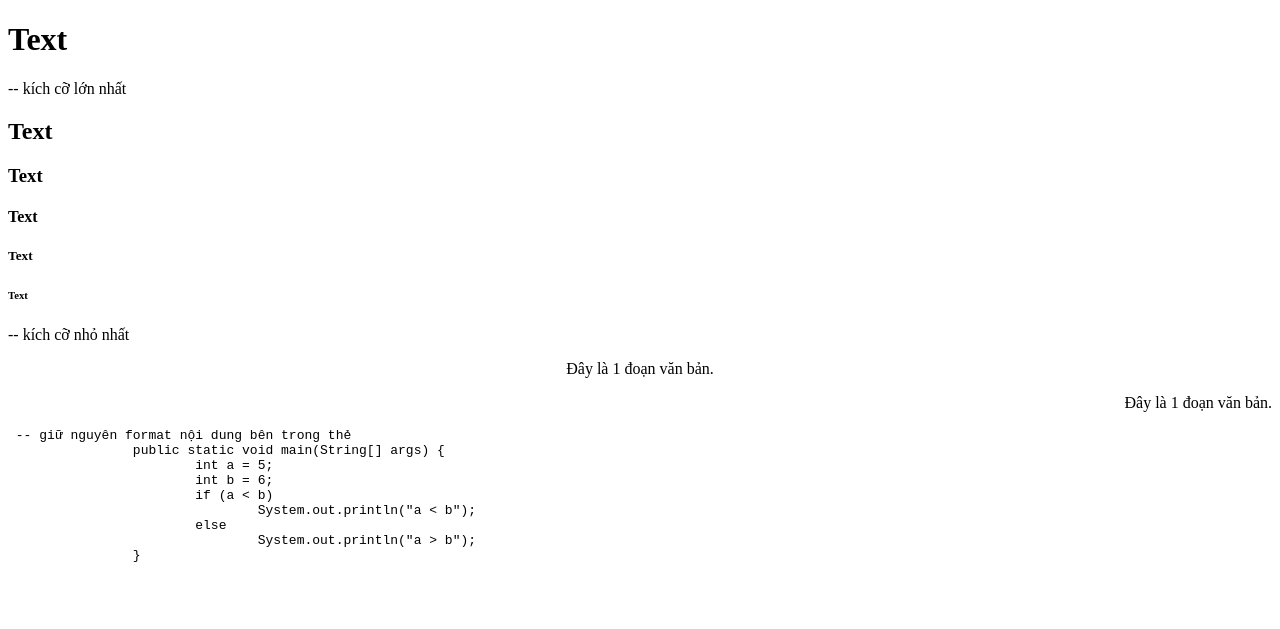
Repository: PhiKhongHoang/JSP-Servlet
Page: Bai2_HTML/src/main/webapp/vidu.html
The author's editor kept a copy of each file at every save. The page is drawn from the files as they stood at one save, then again after the next save.
The browser window is 1280 px wide. The pictures show the whole page.

Above is the page before, as saved 2024-02-16 08:33:09.

### Bai2_HTML/src/main/webapp/vidu.html
<!DOCTYPE html>
<html>
<head>
<meta charset="UTF-8">
<title>Insert title here</title>
</head>
<body>
	<h1>Text</h1>
	-- kích cỡ lớn nhất
	<h2>Text</h2>
	<h3>Text</h3>
	<h4>Text</h4>
	<h5>Text</h5>
	<h6>Text</h6>
	-- kích cỡ nhỏ nhất

	<p align="center">Đây là 1 đoạn văn bản.</p>
	<p align="right">Đây là 1 đoạn văn bản.</p>

	<pre> -- giữ nguyên format nội dung bên trong thẻ
		public static void main(String[] args) {
			int a = 5;
			int b = 6;
			if (a &lt; b)
				System.out.println("a &lt; b");
			else
				System.out.println("a &gt; b");
		}
	</pre>

</body>
</html>

After the next save:
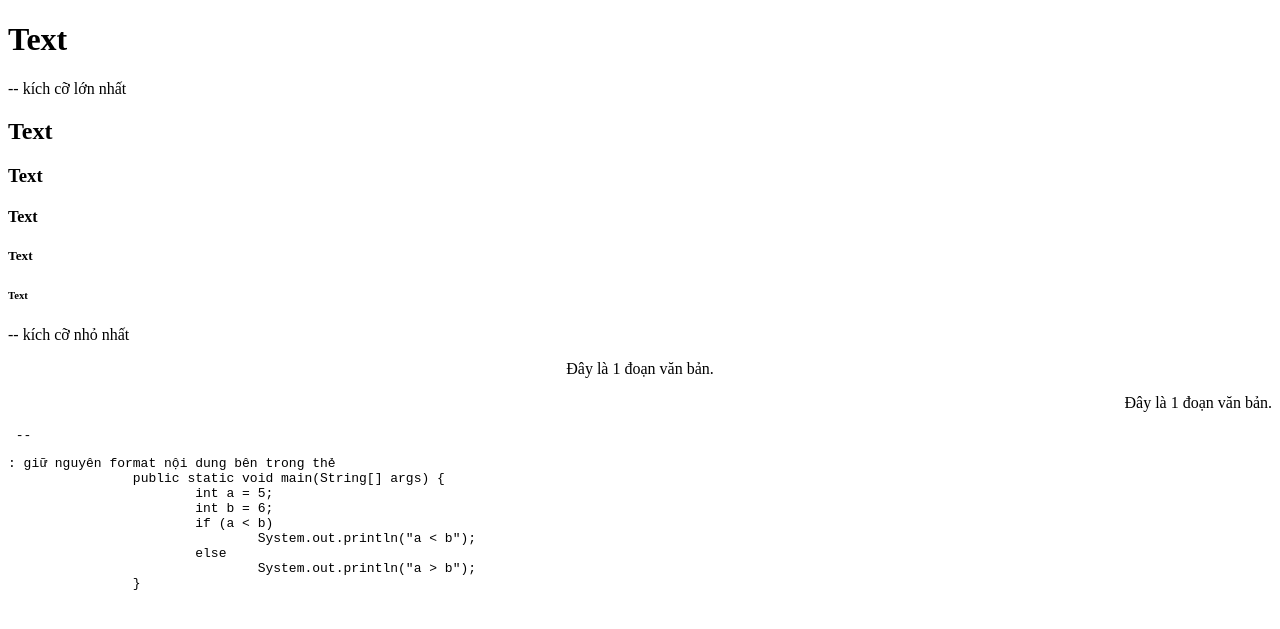
Saved 13 s later.
--- a/Bai2_HTML/src/main/webapp/vidu.html
+++ b/Bai2_HTML/src/main/webapp/vidu.html
@@ -17,7 +17,7 @@
 	<p align="center">Đây là 1 đoạn văn bản.</p>
 	<p align="right">Đây là 1 đoạn văn bản.</p>
 
-	<pre> -- giữ nguyên format nội dung bên trong thẻ
+	<pre> -- <pre>: giữ nguyên format nội dung bên trong thẻ
 		public static void main(String[] args) {
 			int a = 5;
 			int b = 6;
